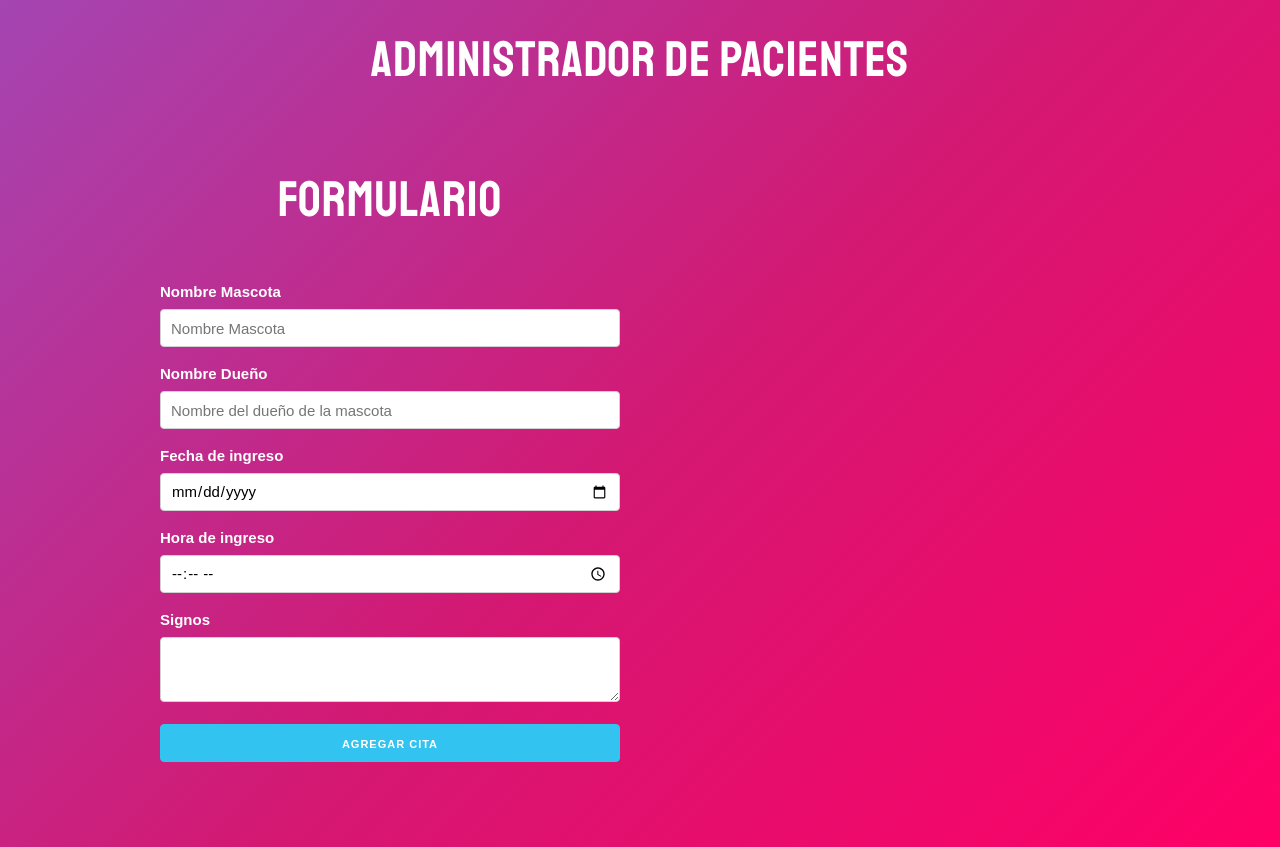
Repository: leonmezu1/react-jdlt
Page: /
These files come from the project's save history. The page is drawn as it stood at one moment and after the next save; the edit follows.
The browser window is 1280 px wide. The pictures show the whole page.
The project was rebuilt for these pictures with package versions that can differ from the ones it lists, and the page was loaded fresh each time. Also part of the build but not shown: src/components/Cita.js.

Above is the page before, as saved 2020-10-06 09:56:24.

After the next save:
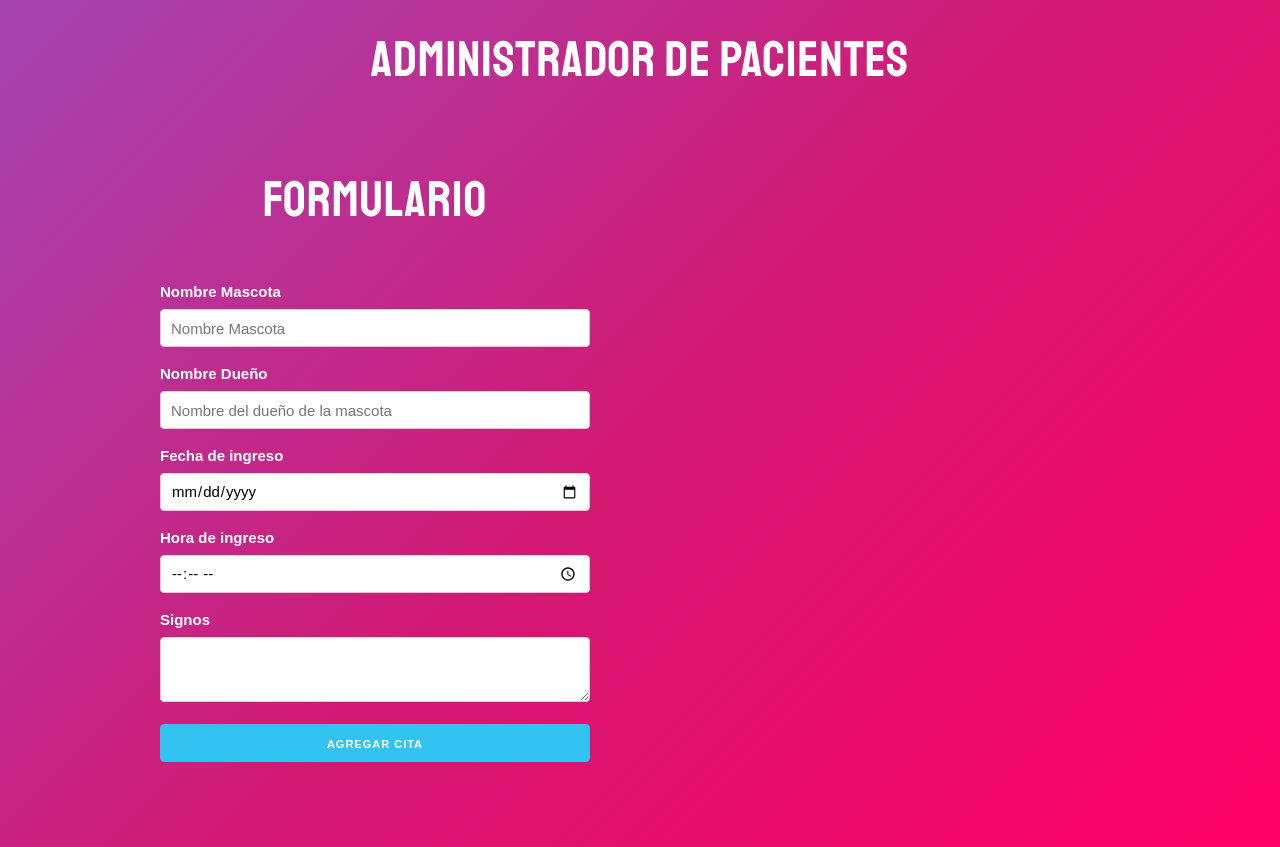
Saved 114 s later.
--- a/src/index.css
+++ b/src/index.css
@@ -23,7 +23,7 @@ h1, h2  {
   display: flex;
 }
 .one-half-column{
-  flex-basis: calc(50% - 20px);
+  flex-basis: calc(50% - 50px);
 }
 .lista-citas .media {
   border-bottom: 1px solid #e1e1e1;
